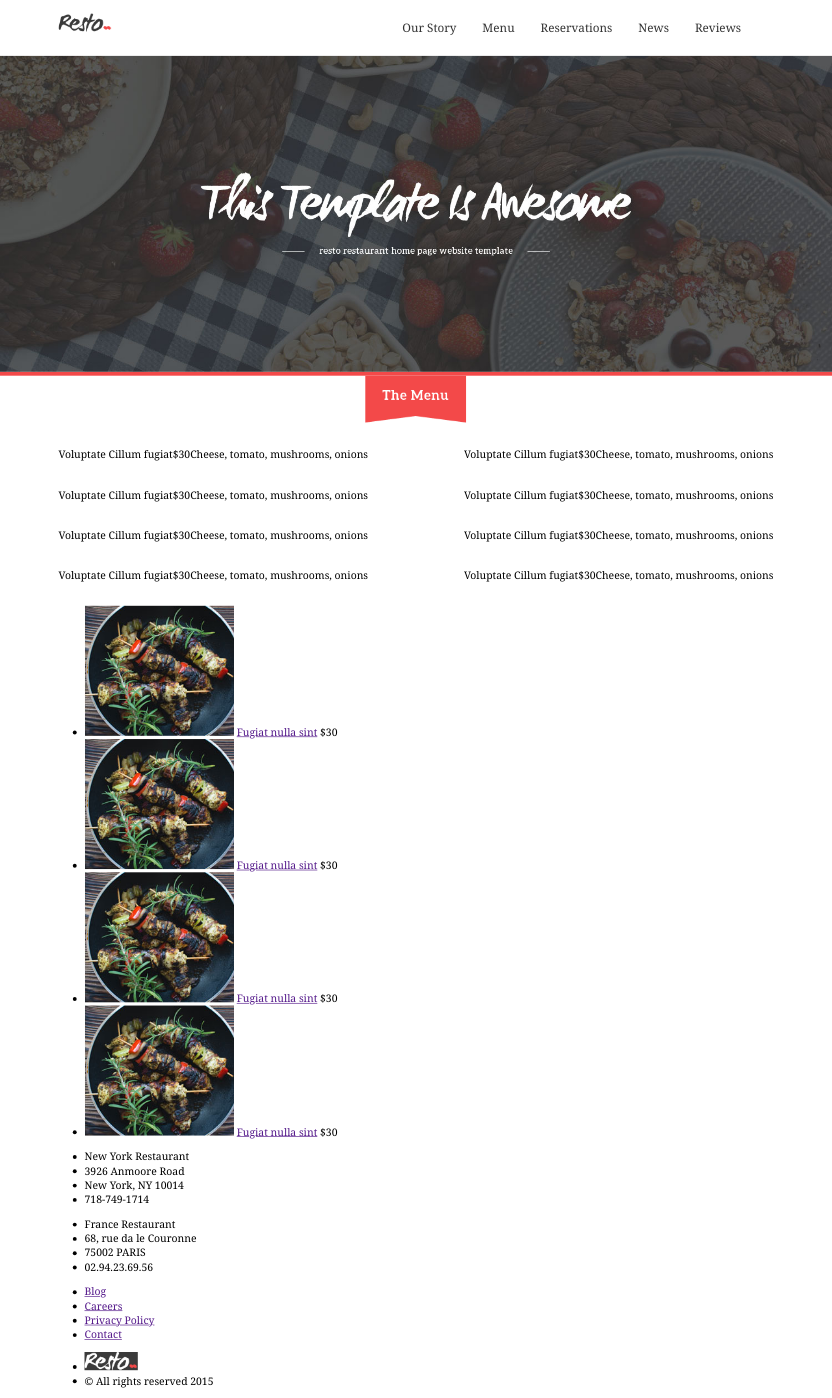
Repository: Piterwk1/psd-to-wordpress
Page: index.html
The author's editor kept a copy of each file at every save. The page is drawn from the files as they stood at one save, then again after the next save.
The browser window is 1280 px wide. The pictures show the whole page, at 65% of full size.

Above is the page before, as saved 2021-09-23 02:35:20.

After the next save:
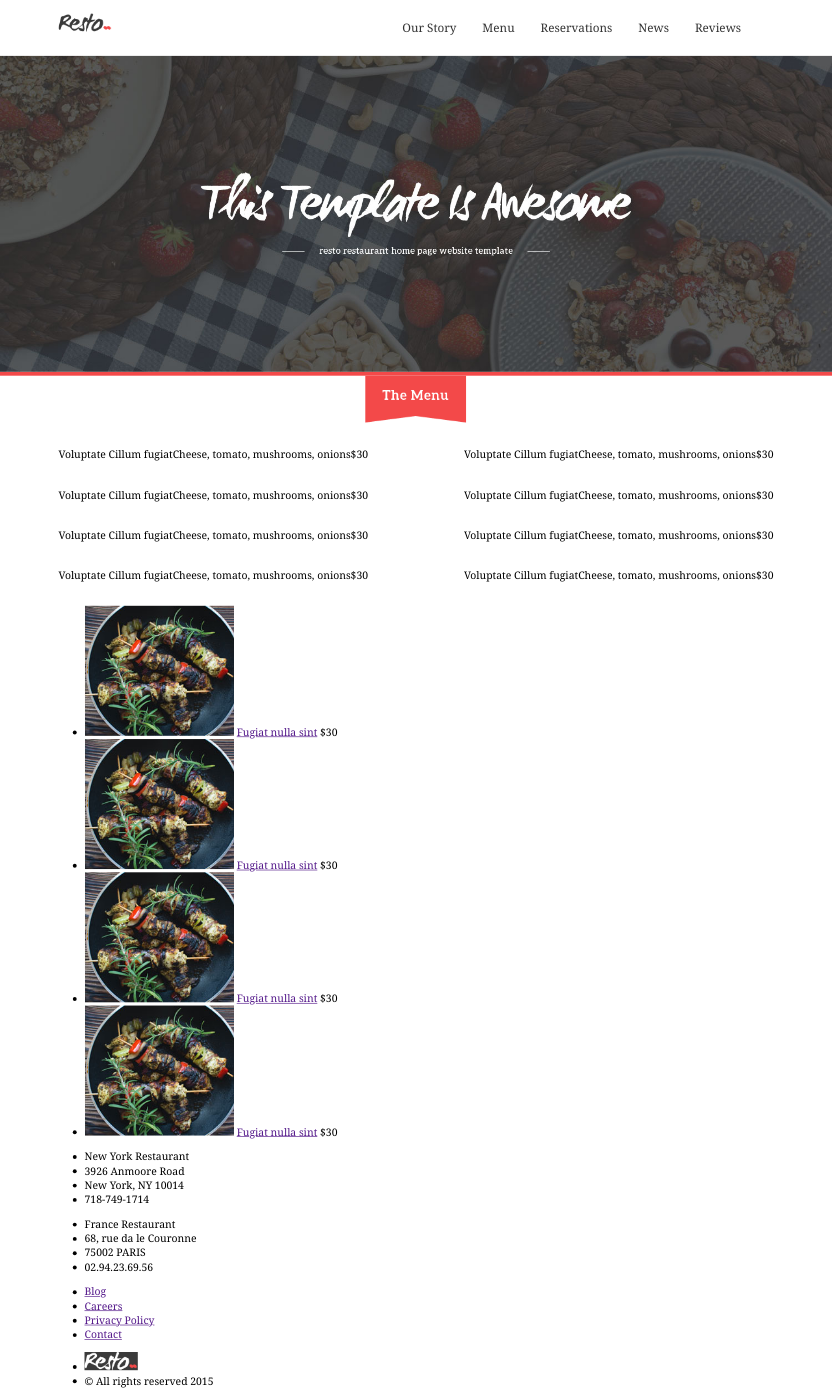
Saved 7 s later.
--- a/style.css
+++ b/style.css
@@ -85,5 +85,5 @@
    margin: 20px 0 20px 0;
 }
 .price {
-    /* order: 3; */
+    order: 2;
 }

After the save that followed:
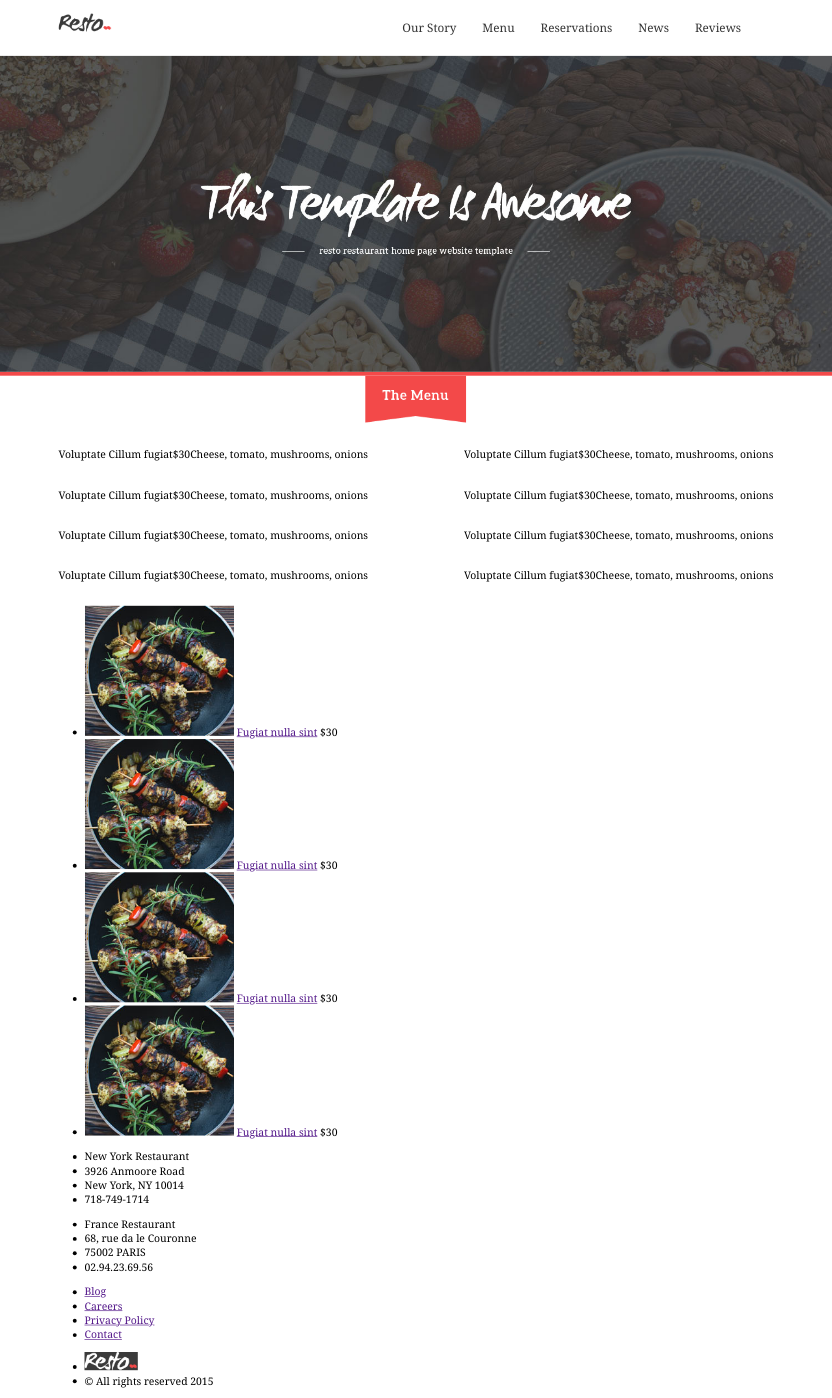
Saved 3 min 25 s later.
--- a/style.css
+++ b/style.css
@@ -85,5 +85,5 @@
    margin: 20px 0 20px 0;
 }
 .price {
-    order: 2;
+    /* order: 2; */
 }
